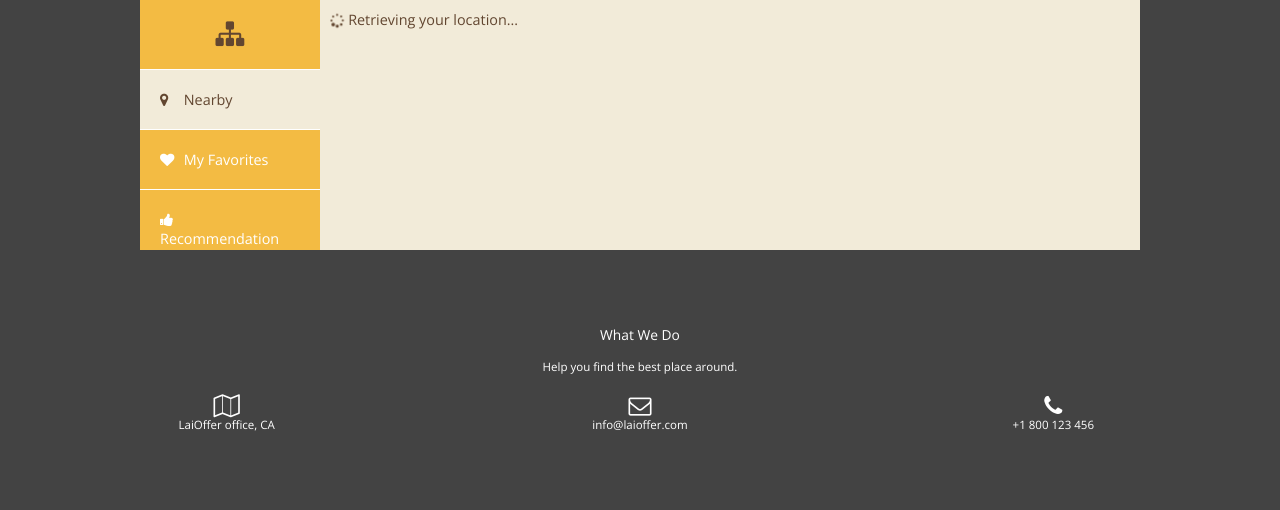
Repository: cleozhang77/ActivityRecommendation
Page: http://localhost/Titan/
The author's editor kept a copy of each file at every save. The page is drawn from the files as they stood at one save, then again after the next save.
The browser window is 1280 px wide. The pictures show the part of the page from y = 310 to 820 px (the page is 820 px tall).
Some web libraries are served in a nearby version. The page is served by Tomcat 9. Other server files are loaded and not shown.

Above is the page before, as saved 2017-10-22 22:53:52.

### Titan/WebContent/index.html
<!DOCTYPE html>
<html>
<head>
  <meta charset="UTF-8">
  <meta name="description" content="Item Recommendation">
  <meta name="author" content="Your Name">
  <link rel="stylesheet" href="https://maxcdn.bootstrapcdn.com/font-awesome/4.5.0/css/font-awesome.min.css">
  <link href='https://fonts.googleapis.com/css?family=Open+Sans:400,300,700' rel='stylesheet' type='text/css'>
  <link rel="stylesheet" href="styles/main.css">
  <title>Item Recommendation</title>
</head>
<body>
  <header class="top-header">
    <nav class="top-nav">
      <a href="#">Home</a>
      <a href="#">Contact</a>
      <a href="#">About</a>
    </nav>
  </header>

  <div class="container">
    <header>
      <p>
        <span>Item</span>
        <br/> Recommendation
      </p>
    </header>
    <section class="main-section">
      <aside id="item-nav">
        <div class="nav-icon">
          <i class="fa fa-sitemap fa-2x"></i>
        </div>
        <nav class="main-nav">
          <a href="#" id="nearby-btn" class="main-nav-btn active">
            <i class="fa fa-map-marker"></i> Nearby
          </a>
          <a href="#" id="fav-btn" class="main-nav-btn">
            <i class="fa fa-heart"></i> My Favorites
          </a>
          <a href="#" id="recommend-btn" class="main-nav-btn">
            <i class="fa fa-thumbs-up"></i> Recommendation
          </a>
        </nav>
      </aside>
      <ul id="item-list">
        <li class="item">
          <img alt="item image" src="https://s3-media3.fl.yelpcdn.com/bphoto/EmBj4qlyQaGd9Q4oXEhEeQ/ms.jpg" />
          <div>
            <a class="item-name" href="#">Item</a>
            <p class="item-category">Vegetarian</p>
            <div class="stars">
              <i class="fa fa-star"></i>
              <i class="fa fa-star"></i>
              <i class="fa fa-star"></i>
            </div>
          </div>
          <p class="item-address">699 Calderon Ave<br/>Mountain View<br/> CA</p>
          <p class="fav-link">
            <i class="fa fa-heart"></i>
          </p>
        </li>
      </ul>
    </section>
  </div>
  <footer>
    <p class="title">What We Do</p>
    <p>Help you find the best place around.</p>
    <ul>
      <li>
        <p><i class="fa fa-map-o fa-2x"></i></p>
        <p>LaiOffer office, CA</p>
      </li>
      <li>
        <p><i class="fa fa-envelope-o fa-2x"></i></p>
        <p>info@laioffer.com</p>
      </li>
      <li>
        <p><i class="fa fa-phone fa-2x"></i></p>
        <p>+1 800 123 456</p>
      </li>
    </ul>
  </footer>
  <script src = "scripts/main.js"></script>
</body>

### Titan/WebContent/styles/main.css
* {
  box-sizing: border-box;
  margin:     0;
  padding:    0;
}

body {
  background:  #434343;
  color:       #FFFFFF;
  font-family: 'Open Sans', sans-serif;
  font-weight: 300;
  font-size:   0.9em;
}

ul {
  list-style: none;
}


.top-header {
  align-items: center;
  background:  #DF574B;
  box-shadow:  0px 2px 10px #333333;
  display:     flex;
  height:      60px;
  position:    fixed;
  top:         0;
  width:       100%;
}

.top-nav {
  flex: 1;
}

.top-nav a {
  color:           #F9F9F9;
  font-weight:     400;
  margin-left:     20px;
  text-decoration: none;
}

.container {
  top:60px;
  margin:    60px auto;
  max-width: 1000px;
  min-width: 600px;
}

.container > header {
  align-items:     center;
  background:      url('http://prophoto.com.cy/wp-content/galleries/food/food-restaurant-photographer-cyprus-10.jpg') no-repeat 50% 50%;
  background-size: 100%;
  display:         flex;
  height:          250px;
}

.container > header p {
  border-left:  1px solid #FFFFFF;
  font-weight:  400;
  font-size:    2em;
  line-height:  1em;
  margin-left:  220px;
  padding-left: 5px;
}

.container > header span {
  color: #FBAF41;
}

.main-section {
  background: #F3BB43;
}

#item-nav {
  display: block;
  float: left;
  width: 180px;
}

.nav-icon {
  color:      #624630;
  padding:    20px;
  text-align: center;
}


.main-nav-btn {
  border-top:      1px solid #FFFFFF;
  color:           #FFFFFF;
  display:         block;
  padding:         20px;
  text-align:      left;
  text-decoration: none;
}

.main-nav-btn:hover {
  background: rgba(255, 255, 255, 0.8);
  color:      #624630;
}

.main-nav-btn.active {
  background: #F2EBD9;
  color:      #624630;
}

.main-nav-btn i {
  width: 20px;
}

#item-list {
  background:  #F2EBD9;
  color:       #624630;
  display:     block;
  list-style:  none;
  margin-left: 180px;
  min-height:  250px;
  padding:     10px;
}

.item {
  align-items:   center;
  border-bottom: 1px solid #FFFFFF;
  display:       flex;
  margin:        10px;
  padding:       15px;
}

.item:last-child {
  border: none;
}

.item:hover {
  background: rgba(255, 255, 255, 0.8);
}

.item img {
  border: 1px solid #FFFFFF;
  height: 80px;
  width:  80px;
}

.item > div:first-of-type {
  flex:         1;
  margin-left:  10px;
  margin-right: 10px;
}

.item-name {
  color:           #624630;
  font-weight:     400;
  text-decoration: none;
}

.item-name:hover {
  text-decoration: underline;
}

.item-address {
  line-height:   20px;
  padding-right: 20px;
  text-align:    right;
}

.stars {
  align-items: center;
  display:     flex;
  padding-top: 10px;
}

.fav-link {
  border-left: 1px solid #FFFFFF;
  cursor:      pointer;
  line-height: 60px;
  text-align:  center;
  width:       60px;
}

.fav-link:hover {
  color: #F13F3F;
}

/**
 * footer section
 */
footer {
  background: #434343;
  font-size:  0.8em;
  height:     200px;
  position:   relative;
}

footer p {
  text-align: center;
}

footer p.title {
  font-size: 1.2em;
  padding:   15px;
}

footer ul {
  align-items: center;
  display:     flex;
  padding:     20px;
}

footer ul li {
  flex: 1;
}

### Titan/WebContent/scripts/main.js
(function(){
	/**
	 * variables
	 */
	var user_id = '1111';
	var lng = -122.08;
	var lat = 37.38;

	function $(tag, options) {
		if (!options) {
			return document.getElementById(tag);
		}
		var element = document.createElement(tag);

		for ( var option in options) {
			if (options.hasOwnProperty(option)) {
				element[option] = options[option];
			}
		}
		return element;
	}


	function showLoadingMessage(msg) {
		var itemList = $('item-list');
		itemList.innerHTML = '<p class="notice"><i class="fa fa-spinner fa-spin"></i> '+ msg + '</p>';
	}

	function showWarningMessage(msg) {
	    var itemList = $('item-list');
	    itemList.innerHTML = '<p class="notice"><i class="fa fa-exclamation-triangle"></i> ' + msg + '</p>';
	}

	function showErrorMessage(msg) {
		var itemList = $('item-list');
		itemList.innerHTML = '<p class="notice"><i class="fa fa-exclamation-circle"></i> ' + msg + '</p>';
	}

	function activeBtn(btnId) {
		var btns = document.getElementsByClassName('main-nav-btn');

		for (var i = 0; i < btns.length; i++) {
			btns[i].className =btns[i].className.replace(/\bactive\b/, '');
		}

		// active the one that has id = btnId
		var btn = $(btnId);
		btn.className += ' active';
	}






	function listItems(items) {
		// Clear the current results
		var itemList = $('item-list');
		itemList.innerHTML = '';

		for (var i = 0; i < items.length; i++) {
			addItem(itemList, items[i]);
		}
	}

	function addItem(itemList, item) {
		var item_id = item.item_id;

		// create the <li> tag and specify the id and class attributes
		var li = $('li', {
			id : 'item-' + item_id,
			className : 'item'
		});

		// set the data attribute
		li.dataset.item_id = item_id;
		li.dataset.favorite = item.favorite;

		// item image
		if (item.image_url) {
			li.appendChild($('img', {
				src : item.image_url
			}));
		} else {
			li.appendChild($('img', {
				src : 'https://assets-cdn.github.com/images/modules/logos_page/GitHub-Mark.png'
			}))
		}
		// section
		var section = $('div', {});

		// title
		var title = $('a', {
			href : item.url,
			target : '_blank',
			className : 'item-name'
		});
		title.innerHTML = item.name;
		section.appendChild(title);

		// category
		var category = $('p', {
			className : 'item-category'
		});
		category.innerHTML = 'Category: ' + item.categories.join(', ');
		section.appendChild(category);

		var stars = $('div', {
			className : 'stars'
		});

		for (var i = 0; i < item.rating; i++) {
			var star = $('i', {
				className : 'fa fa-star'
			});
			stars.appendChild(star);
		}

		if (('' + item.rating).match(/\.5$/)) {
			stars.appendChild($('i', {
				className : 'fa fa-star-half-o'
			}));
		}

		section.appendChild(stars);

		li.appendChild(section);

		// address
		var address = $('p', {
			className : 'item-address'
		});

		address.innerHTML = item.address.replace(/,/g, '<br/>').replace(/\"/g,
				'');
		li.appendChild(address);

		// favorite link
		var favLink = $('p', {
			className : 'fav-link'
		});

		favLink.onclick = function() {
			changeFavoriteItem(item_id);
		};

		favLink.appendChild($('i', {
			id : 'fav-icon-' + item_id,
			className : item.favorite ? 'fa fa-heart' : 'fa fa-heart-o'
		}));

		li.appendChild(favLink);

		itemList.appendChild(li);
	}

	function initGeoLocation() {
		if (navigator.geolocation) {
			navigator.geolocation.getCurrentPosition(onPositionUpdated,
					onLoadPositionFailed, {
						maximumAge : 60000
					});
			showLoadingMessage('Retrieving your location...');
		} else {
			onLoadPositionFailed();
		}
	}

	function onPositionUpdated(position) {
		lat = position.coords.latitude;
		lng = position.coords.longitude;

		loadNearbyItems();
	}

	function onLoadPositionFailed() {
		console.warn('navigator.geolocation is not available');
		getLocationFromIP();
	}

	function getLocationFromIP() {
		// Get location from http://ipinfo.io/json
		var url = 'http://ipinfo.io/json'
		var req = null;
		ajax('GET', url, req, function(res) {
			var result = JSON.parse(res);
			if ('loc' in result) {
				var loc = result.loc.split(',');
				lat = loc[0];
				lng = loc[1];
			} else {
				console.warn('Getting location by IP failed.');
			}
			loadNearbyItems();
		});
	}

	function ajax(method, url, data, callback, errorHandler) {
		var xhr = new XMLHttpRequest();

		xhr.open(method, url, true);

		xhr.onload = function() {
			switch (xhr.status) {
			case 200:
				callback(xhr.responseText);
				break;
			case 401:
				errorHandler();
				break;
			}
		};

		xhr.onerror = function() {
			console.error("The request couldn't be completed.");
			errorHandler();
		};

		if (data === null) {
			xhr.send();
		} else {
			xhr.setRequestHeader("Content-Type",
					"application/json;charset=utf-8");
			xhr.send(data);
		}
	}

	/**
	 * API #1 Load the nearby items API end point: [GET]
	 * /Titan/search?user_id=1111&lat=37.38&lon=-122.08
	 */
	function loadNearbyItems() {
		console.log('loadNearbyItems');
		activeBtn('nearby-btn');

		// The request parameters
		var url = './search';
		var params = 'user_id=' + user_id + '&lat=' + lat + '&lon=' + lng;
		var req = JSON.stringify({});

		// display loading message
		showLoadingMessage('Loading nearby items...');

		// make AJAX call
		ajax('GET', url + '?' + params, req,
		// successful callback
		function(res) {
			var items = JSON.parse(res);
			if (!items || items.length === 0) {
				showWarningMessage('No nearby item.');
			} else {
				listItems(items);
			}
		},
		// failed callback
		function() {
			showErrorMessage('Cannot load nearby items.');
		});
	}

	/**
	 * API #2 Load favorite (or visited) items API end point: [GET]
	 * /Titan/history?user_id=1111
	 */
	function loadFavoriteItems() {
		activeBtn('fav-btn');

		// The request parameters
		var url = './history';
		var params = 'user_id=' + user_id;
		var req = JSON.stringify({});

		// display loading message
		showLoadingMessage('Loading favorite items...');

		// make AJAX call
		ajax('GET', url + '?' + params, req, function(res) {
			var items = JSON.parse(res);
			if (!items || items.length === 0) {
				showWarningMessage('No favorite item.');
			} else {
				listItems(items);
			}
		}, function() {
			showErrorMessage('Cannot load favorite items.');
		});
	}

	/**
	 * API #3 Load recommended items API end point: [GET]
	 * /Titan/recommendation?user_id=1111
	 */
	function loadRecommendedItems() {
		activeBtn('recommend-btn');

		// The request parameters
		var url = './recommendation';
		var params = 'user_id=' + user_id + '&lat=' + lat + '&lon=' + lng;

		var req = JSON.stringify({});

		// display loading message
		showLoadingMessage('Loading recommended items...');

		// make AJAX call
		ajax(
				'GET',
				url + '?' + params,
				req,
				// successful callback
				function(res) {
					var items = JSON.parse(res);
					if (!items || items.length === 0) {
						showWarningMessage('No recommended item. Make sure you have favorites.');
					} else {
						listItems(items);
					}
				},
				// failed callback
				function() {
					showErrorMessage('Cannot load recommended items.');
				});
	}

	/**
	 * API #4 Toggle favorite (or visited) items
	 *
	 * @param item_id -
	 *            The item business id
	 *
	 */
	function changeFavoriteItem(item_id) {
		// Check whether this item has been visited or not
		var li = $('item-' + item_id);
		var favIcon = $('fav-icon-' + item_id);
		var favorite = li.dataset.favorite !== 'true';

		// The request parameters
		var url = './history';
		var req = JSON.stringify({
			user_id : user_id,
			favorite : [ item_id ]
		});
		var method = favorite ? 'POST' : 'DELETE';

		ajax(method, url, req,
		// successful callback
		function(res) {
			var result = JSON.parse(res);
			if (result.result === 'SUCCESS') {
				li.dataset.favorite = favorite;
				favIcon.className = favorite ? 'fa fa-heart' : 'fa fa-heart-o';
			}
		});
	}

	function init() {
		// Register event listeners
		$('nearby-btn').addEventListener('click', loadNearbyItems);
		$('fav-btn').addEventListener('click', loadFavoriteItems);
		$('recommend-btn').addEventListener('click', loadRecommendedItems);

		initGeoLocation();
	}
	init();
})();

After the next save:
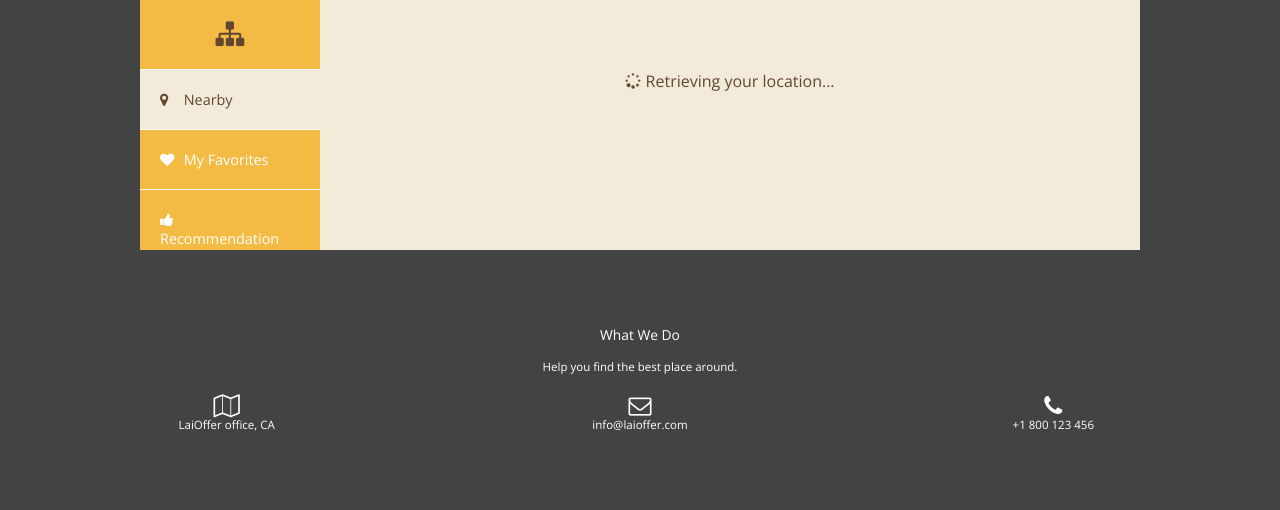
Saved 62 s later.
--- a/Titan/WebContent/styles/main.css
+++ b/Titan/WebContent/styles/main.css
@@ -207,3 +207,9 @@ footer ul {
 footer ul li {
   flex: 1;
 }
+
+ #item-list .notice {
+  font-size:  16px;
+  padding:    60px;
+  text-align: center;
+}
